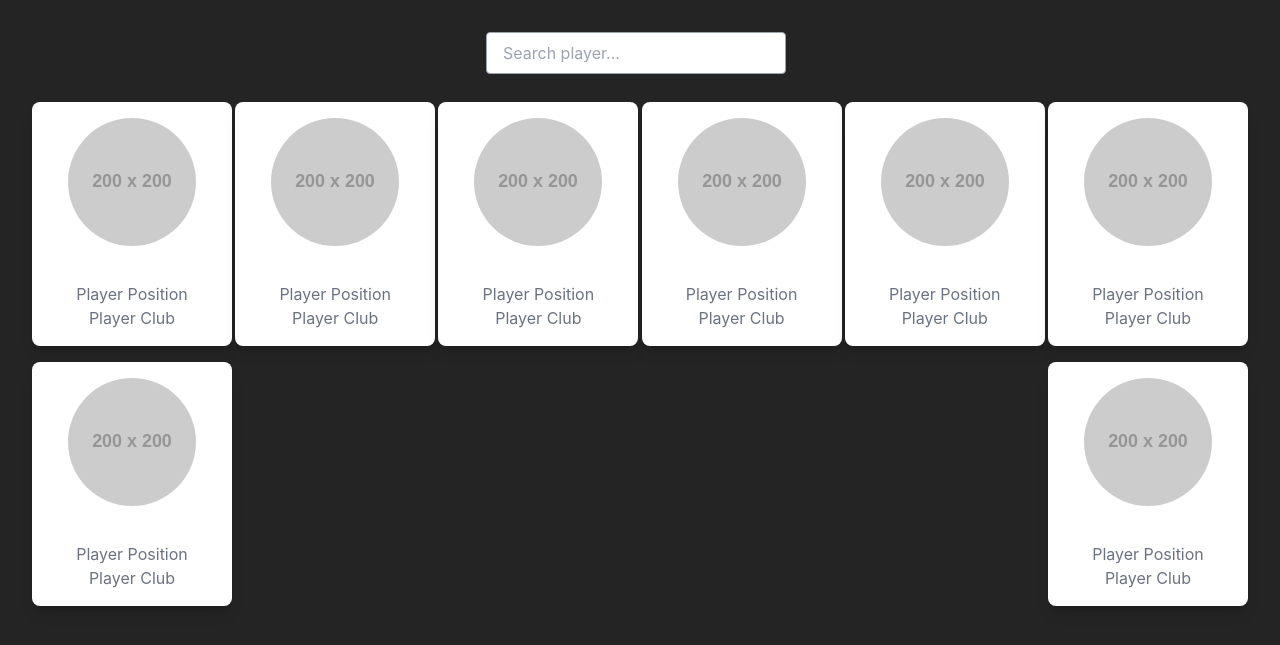
Repository: Hadra92i/movies-search-app
Page: /
An editor plug-in stored every save of this project. The page is shown before and after the next save, followed by the edit.
The browser window is 1280 px wide. The pictures show the whole page.
The project was rebuilt for these pictures with package versions that can differ from the ones it lists, and the page was loaded fresh each time. Also part of the build but not shown: vite.config.js.

Above is the page before, as saved 2023-11-01 12:01:43.

### index.html
<!doctype html>
<html lang="en">
  <head>
    <meta charset="UTF-8" />
    <link rel="icon" type="image/svg+xml" href="/vite.svg" />
    <meta name="viewport" content="width=device-width, initial-scale=1.0" />
    <title>Players SearchApp</title>
  </head>
  <body>
    <div id="root"></div>
    <script type="module" src="/src/main.jsx"></script>
  </body>
</html>

### src/main.jsx
import ReactDOM from 'react-dom/client'
import App from './App.jsx'
import './index.css'
import { Provider } from 'react-redux'
import { store } from './redux/store.js'

ReactDOM.createRoot(document.getElementById('root')).render(
  <Provider store={store}>
    <App />
  </Provider>,
)

### src/App.jsx

import './App.css'
import Players from './components/player/Players'

function App() {

  return (
    <>
      <Players/>
    </>
  )
}

export default App

### src/index.css
:root {
  font-family: Inter, system-ui, Avenir, Helvetica, Arial, sans-serif;
  line-height: 1.5;
  font-weight: 400;

  color-scheme: light dark;
  color: rgba(255, 255, 255, 0.87);
  background-color: #242424;

  font-synthesis: none;
  text-rendering: optimizeLegibility;
  -webkit-font-smoothing: antialiased;
  -moz-osx-font-smoothing: grayscale;
  -webkit-text-size-adjust: 100%;
}

@tailwind base;
@tailwind components;
@tailwind utilities;

### src/redux/store.js
import { configureStore } from "@reduxjs/toolkit";
import playerReducer from "./features/playerSlice";

export const store = configureStore({
    reducer: {
        player: playerReducer,
    },
    devTools: true,
});

### src/components/player/Players.jsx
// eslint-disable-next-line no-unused-vars
import React,{useState} from "react";
import PlayerCard from "./PlayerCard";

const Players = () => {
    const playersData = [
        { name: "John", age: 25, cardPlayer: true, id: 1 },
        { name: "Jane", age: 30, cardPlayer: false, id: 2 },
        { name: "Bob", age: 20, cardPlayer: true, id: 3 },
        { name: "Mary", age: 27, cardPlayer: false, id: 4 },
        { name: "John", age: 25, cardPlayer: true, id: 5 },
        { name: "Jane", age: 30, cardPlayer: false, id: 6 },
        { name: "Bob", age: 20, cardPlayer: true, id: 7 },
        { name: "Mary", age: 27, cardPlayer: false, id: 8 }
    ];

    // eslint-disable-next-line no-unused-vars
    const [players, setPlayers] = useState(playersData);
    const [searchTerm, setSearchTerm] = useState("");

    const handleSearch = (event) => {
        setSearchTerm(event.target.value);
    };

    const filteredPlayers = players.filter((player) => {
        return player.name.toLowerCase().includes(searchTerm.toLowerCase());
    });

    return (
        <>
            <div className="flex justify-center items-center mb-5">
                <input
                    type="text"
                    placeholder="Search player..."
                    value={searchTerm}
                    onChange={handleSearch}
                    className="border border-gray-400 rounded py-2 px-4 mr-2 w-[300px]"
                />
            </div>
            <div className="flex justify-between items-center flex-wrap">
                {filteredPlayers.map((player) => {
                    return (
                        <PlayerCard
                            key={player.id}
                            name={player.name}
                            age={player.age}
                        />
                    );
                })}
            </div>
        </>
    );
};

export default Players;

### src/redux/features/playerSlice.js
import { createAsyncThunk, createSlice } from "@reduxjs/toolkit";
import PlayerService from "../../services/playerService";

const initialState = [];

export const getAllPlayers = createAsyncThunk(
    "players/getAllPlayers",
    async () => {
        const response = await PlayerService.getAllPlayers();
        return response.data;
    }
);

export const playerSlice = createSlice({
    name: "player",
    initialState,
    reducers: {},
    extraReducers: {
        [getAllPlayers.fulfilled]: (state, action) => {
            return [...action.payload];
        },
    },
});

export default playerSlice.reducer;

### src/components/player/PlayerCard.jsx
// eslint-disable-next-line no-unused-vars
import React from "react";

const PlayerCard = () => {
    return (
        <div className="bg-white rounded-lg shadow-lg p-4 my-2 w-[200px]">
            <img
                className="w-32 h-32 rounded-full mx-auto"
                src="https://via.placeholder.com/200"
                alt="Player Avatar"
            />
            <div className="text-center mt-2">
                <h3 className="text-lg font-medium">Player Name</h3>
                <p className="text-gray-500">Player Position</p>
                <p className="text-gray-500">Player Club</p>
            </div>
        </div>
    );
};

export default PlayerCard;

### src/services/playerService.js
// eslint-disable-next-line no-unused-vars
import axiosObj from "../http-common";

const getAllPlayers = () => {
    return axiosObj.get("/players");
};

const PlayerService = {
    getAllPlayers,
};

export default PlayerService;

### src/http-common.js
import axios from "axios";

const API_KEY = "9d2758a612msh2661c98a1972a2cp155232jsn62f754d1238a";
const BASE_URL = "https://api-football-v1.p.rapidapi.com/v3";

const axiosObj = axios.create({
    baseURL: BASE_URL,
    headers: {
        "x-rapidapi-key": API_KEY,
        "x-rapidapi-host": "api-football-v1.p.rapidapi.com",
    },
});

export default axiosObj;

Loaded but not shown: src/App.css (common file); tailwind.config.js (common file)

After the next save:
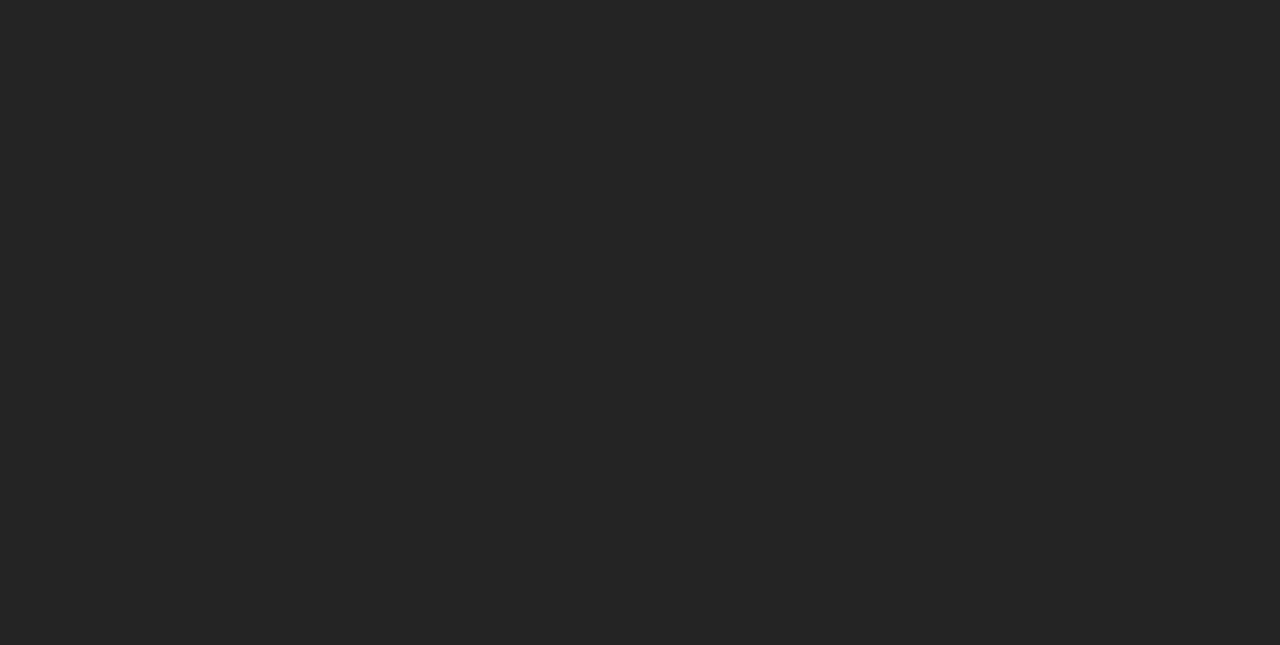
Console error: ReferenceError: playersData is not defined
Saved 5 min 20 s later.
--- a/src/components/player/Players.jsx
+++ b/src/components/player/Players.jsx
@@ -3,18 +3,6 @@
 import PlayerCard from "./PlayerCard";
 
 const Players = () => {
-    const playersData = [
-        { name: "John", age: 25, cardPlayer: true, id: 1 },
-        { name: "Jane", age: 30, cardPlayer: false, id: 2 },
-        { name: "Bob", age: 20, cardPlayer: true, id: 3 },
-        { name: "Mary", age: 27, cardPlayer: false, id: 4 },
-        { name: "John", age: 25, cardPlayer: true, id: 5 },
-        { name: "Jane", age: 30, cardPlayer: false, id: 6 },
-        { name: "Bob", age: 20, cardPlayer: true, id: 7 },
-        { name: "Mary", age: 27, cardPlayer: false, id: 8 }
-    ];
-
-    // eslint-disable-next-line no-unused-vars
     const [players, setPlayers] = useState(playersData);
     const [searchTerm, setSearchTerm] = useState("");
 

After the 2 saves that followed:
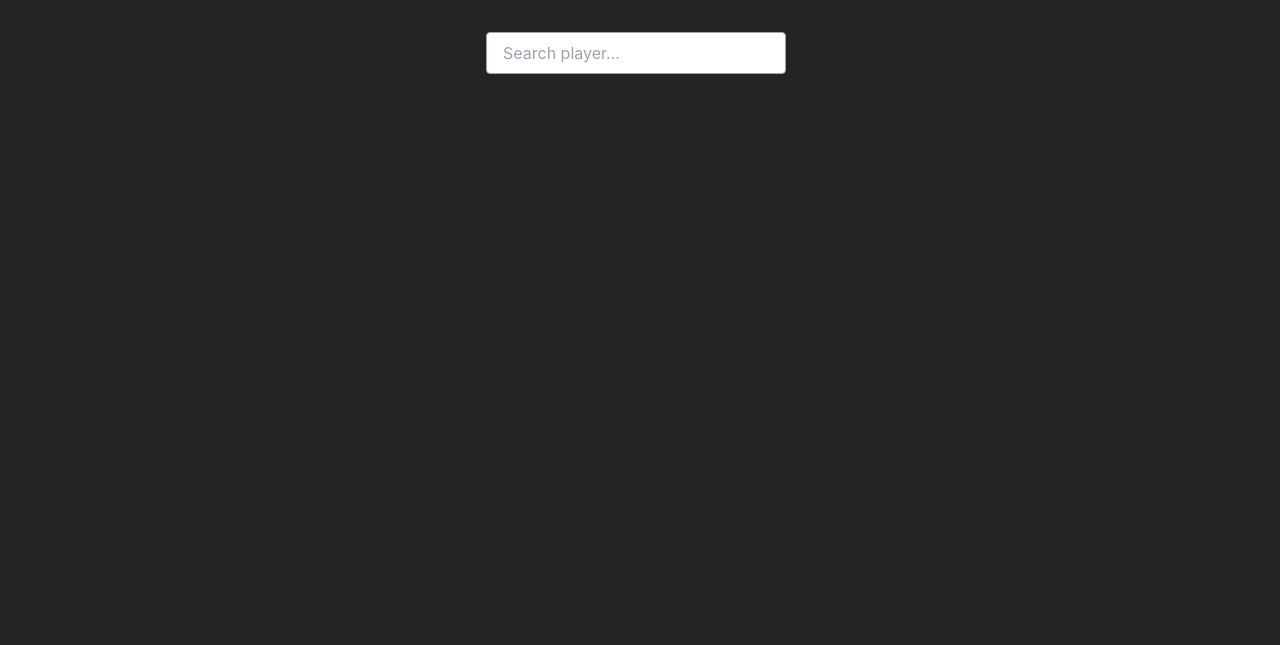
The error is gone.
The 2 saves are shown as one change because they came seconds apart.
The last was saved 13 s later.
--- a/src/components/player/Players.jsx
+++ b/src/components/player/Players.jsx
@@ -3,7 +3,7 @@
 import PlayerCard from "./PlayerCard";
 
 const Players = () => {
-    const [players, setPlayers] = useState(playersData);
+    const [players, setPlayers] = useState([]);
     const [searchTerm, setSearchTerm] = useState("");
 
     const handleSearch = (event) => {
